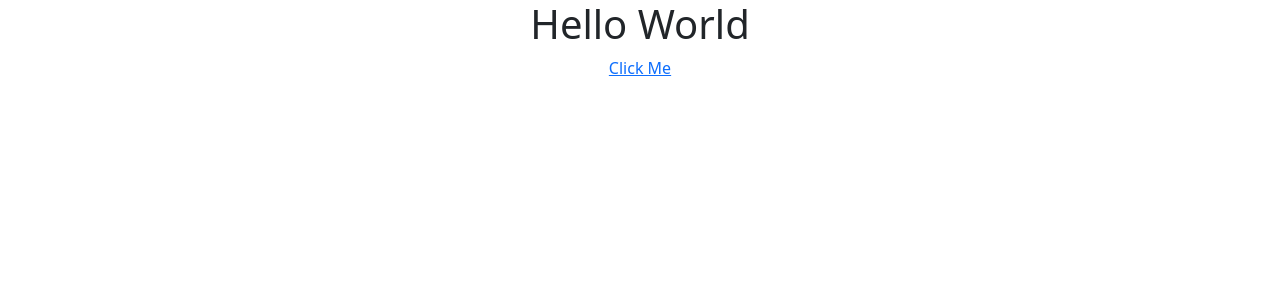
Repository: NitSharma87/Advance-Java
Page: http://localhost/Servlet_Excercise/
An editor plug-in stored every save of this project. The page is shown before and after the next save, followed by the edit.
The browser window is 1280 px wide. The pictures show the whole page.
The page is served by Tomcat 10. Other server files are loaded and not shown.

Above is the page before, as saved 2026-07-07 10:25:38.

### Servlet Excercise/src/main/webapp/index.jsp
<%@ page language="java" contentType="text/html; charset=UTF-8"
	pageEncoding="UTF-8"%>
<!DOCTYPE html>
<html>
<head>
<meta charset="UTF-8">
<title>index Page</title>
<link
	href="https://cdn.jsdelivr.net/npm/bootstrap@5.0.2/dist/css/bootstrap.min.css"
	rel="stylesheet">
</head>
<body>
<div align="center">
<h1>Hello World</h1>
<a href="/LoginCtl">Click Me</a>
</div>

	<script src="https://cdn.jsdelivr.net/npm/bootstrap@5.0.2/dist/js/bootstrap.min.js" ></script>
</body>
</html>

After the next save:
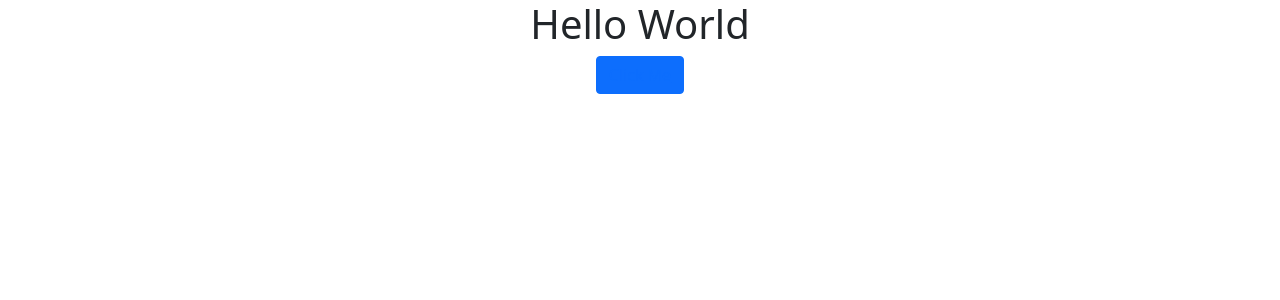
Saved 94 s later.
--- a/Servlet Excercise/src/main/webapp/index.jsp
+++ b/Servlet Excercise/src/main/webapp/index.jsp
@@ -12,7 +12,7 @@
 <body>
 <div align="center">
 <h1>Hello World</h1>
-<a href="/LoginCtl">Click Me</a>
+<button class="btn btn-primary"><a href="/LoginCtl">Click Me</a></button>
 </div>
 
 	<script src="https://cdn.jsdelivr.net/npm/bootstrap@5.0.2/dist/js/bootstrap.min.js" ></script>
